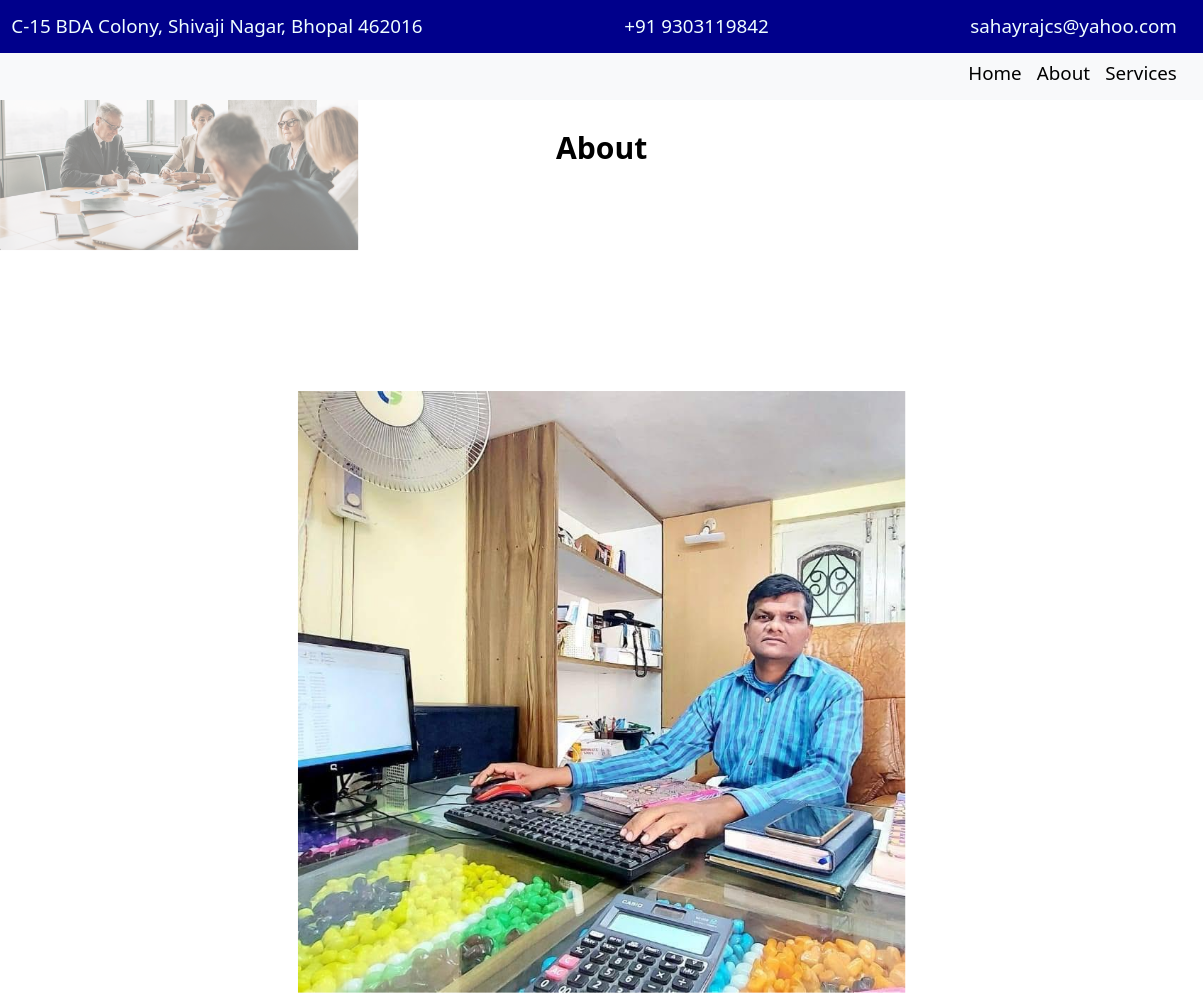
Repository: aayushiss/CS-RSS
Page: about.html
The author's editor kept a copy of each file at every save. The page is drawn from the files as they stood at one save, then again after the next save.
The browser window is 1280 px wide. The pictures show the whole page, at 94% of full size.

Above is the page before, as saved 2025-05-16 20:25:33.

After the next save:
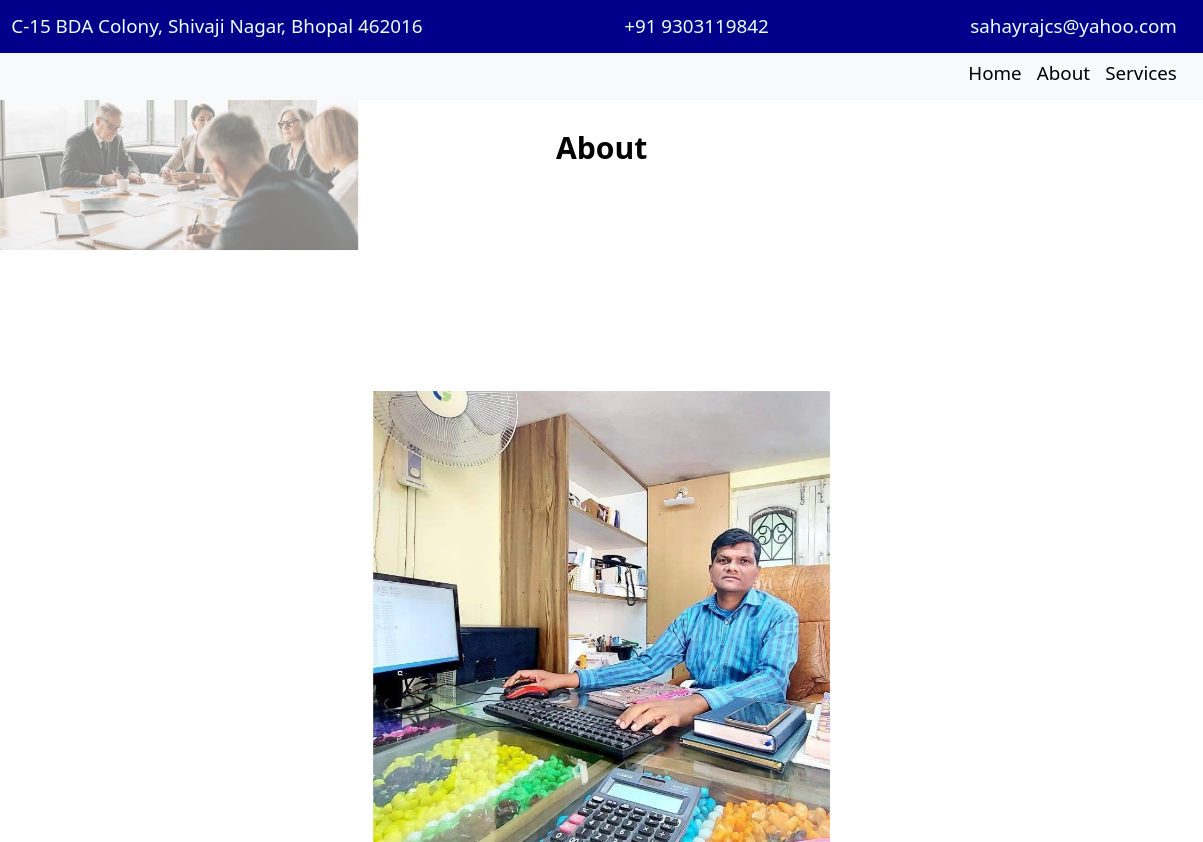
Saved 6 s later.
--- a/about.html
+++ b/about.html
@@ -36,7 +36,7 @@
         </h2>
     </div>
     <div class="text-center">
-        <img src="images/AboutImage.jpeg" class="img-fluid" style="height: 40rem;">
+        <img src="images/AboutImage.jpeg" class="img-fluid" style="height: 30rem;">
     </div>
 </body>
 </html>
